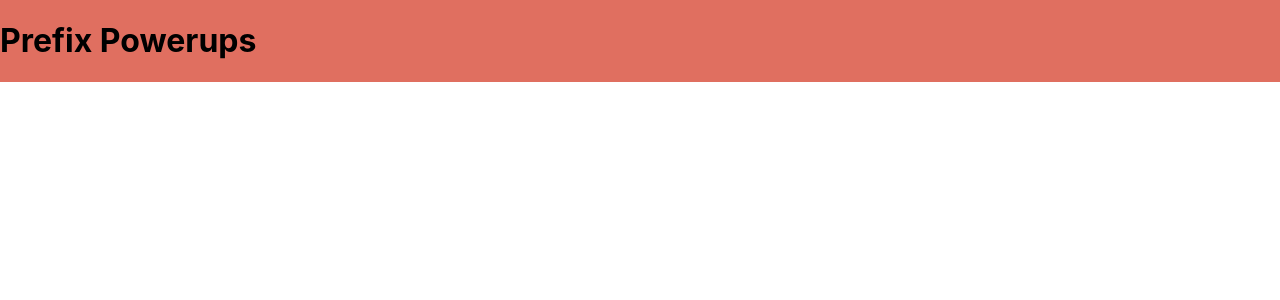
Repository: bsalgado98/buns-inator
Page: /
These files come from the project's save history. The page is drawn as it stood at one moment and after a run of saves; the edit follows.
The browser window is 1280 px wide. The pictures show the whole page.
The project was rebuilt for these pictures with package versions that can differ from the ones it lists, and the page was loaded fresh each time. Also part of the build but not shown: src/components/WordCard/WordCard.js.

Above is the page before, as saved 2022-04-25 21:47:41.

After the next 2 saves:
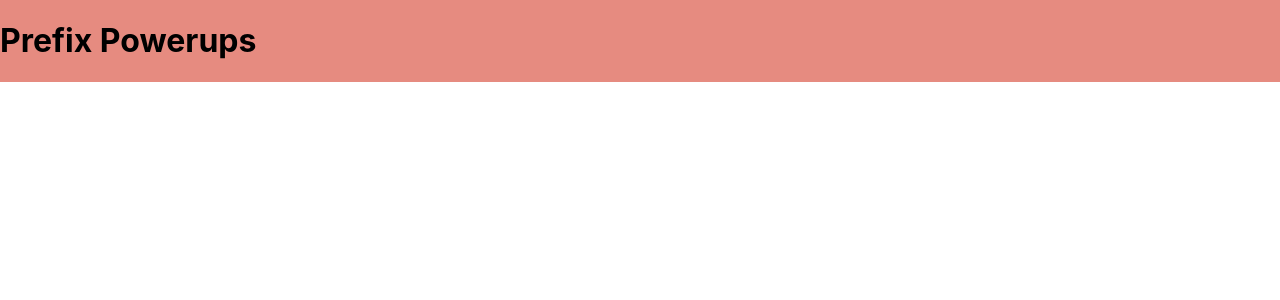
The 2 saves are shown as one change because they came seconds apart.
The last was saved 7 s later.
--- a/src/components/WordBank/WordBank.js
+++ b/src/components/WordBank/WordBank.js
@@ -1,7 +1,7 @@
 const WordBank = ({ bankTitle = "N/A", color = "#000000", wordCollection = [] }) => {
     const styles = {
         containerStyle: {
-            backgroundColor: `${color}AA`
+            backgroundColor: `${color}88`
         },
         title: {
             style: {
